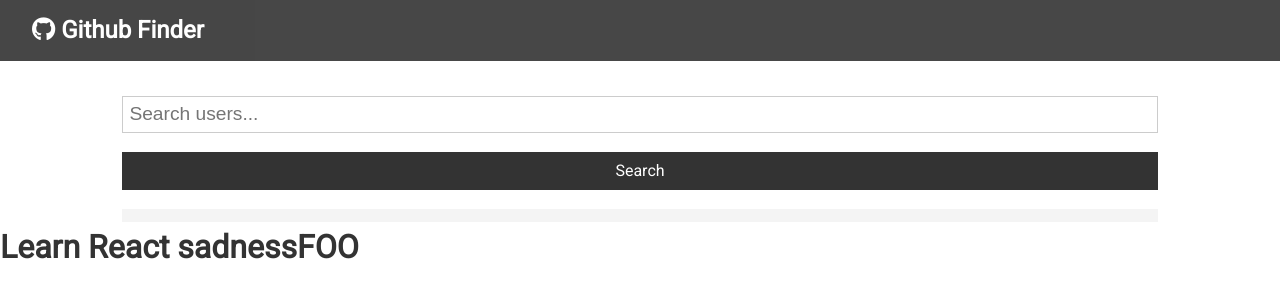
Repository: chinmayparab/github-finder
Page: /
An editor plug-in stored every save of this project. The page is shown before and after the next save, followed by the edit.
The browser window is 1280 px wide. The pictures show the whole page.
Some web libraries are served in a nearby version. The project was rebuilt for these pictures with package versions that can differ from the ones it lists, and the page was loaded fresh each time. Also part of the build but not shown: src/components/users/UserItem.js, src/components/layout/Spinner.js.

Above is the page before, as saved 2020-06-25 18:28:06.

After the next save:
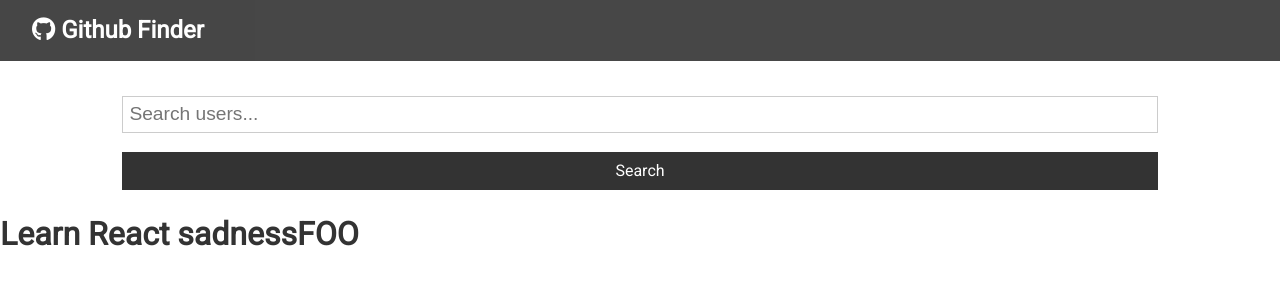
Saved 49 s later.
--- a/src/components/users/Search.js
+++ b/src/components/users/Search.js
@@ -37,10 +37,12 @@ export class Search extends Component {
             className='btn btn-dark btn-block'
           />
         </form>
-        <button
-          className='btn btn-light btn-block'
-          onClick={this.props.clearUsers}
-        ></button>
+        {this.props.showClear && (
+          <button
+            className='btn btn-light btn-block'
+            onClick={this.props.clearUsers}
+          ></button>
+        )}
       </div>
     );
   }
